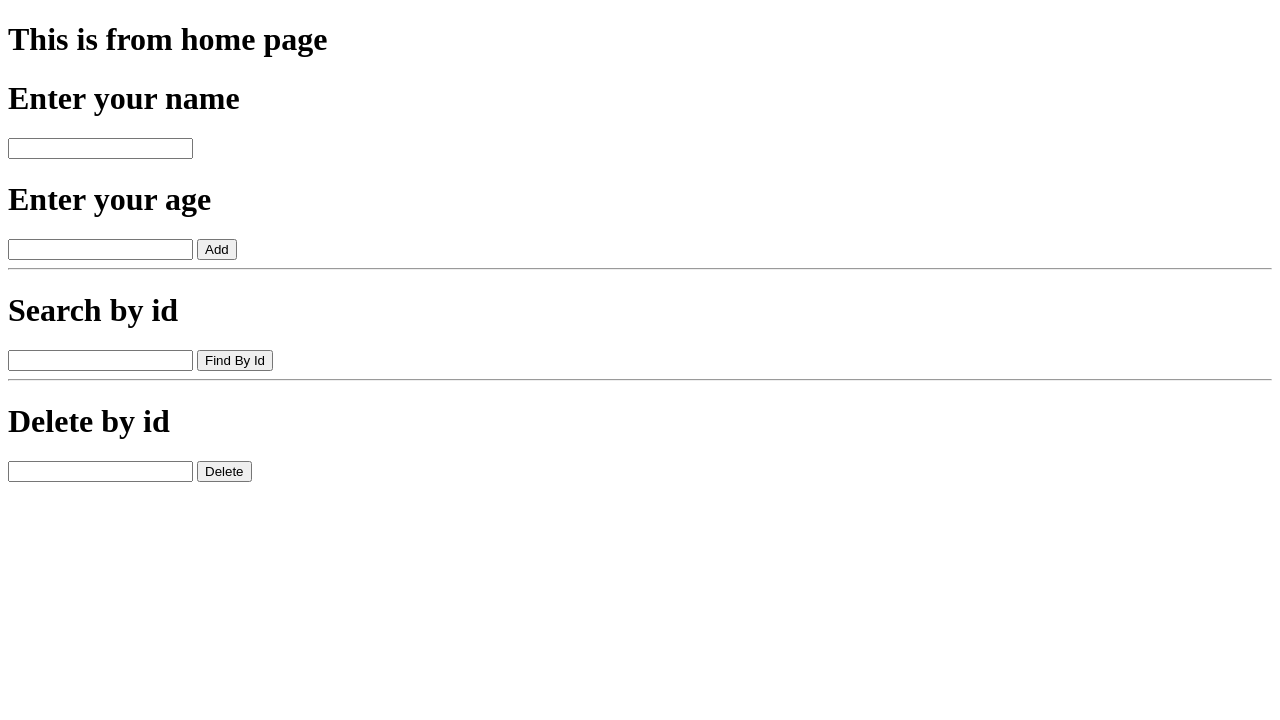
Repository: noyon1122/spring-boot-practice
Page: http://localhost/Home
These files come from the project's save history. The page is drawn as it stood at one moment and after the next save; the edit follows.
The browser window is 1280 px wide. The pictures show the whole page.
The page is this project's Thymeleaf template; nobody is signed in. The template is opened directly, without the code that normally fills it, so the values that code supplies are empty.

Above is the page before, as saved 2024-11-24 15:29:04.

### SpringMVC/src/main/resources/templates/Home.html
<!DOCTYPE html>
<html xmlns="http://www.w3.org/1999/xhtml"
      xmlns:th="http://www.thymeleaf.org">
<head>
<meta charset="UTF-8">
<title>Home Page</title>
</head>
<body>
<h1>This is from home page</h1>

<form action="add" Method="POST">

<h1>
Enter your name
</h1>
<input type="text" name="sName">
<h1>Enter your age</h1>
<input type="text" name="sAge">
<button type="submit">Add</button>
</form>

<hr>

<form action="find" Method="GET">

<h1>
Search by id
</h1>

<input type="text" name="sId">
<button type="submit">Find By Id</button>
</form>

<hr>

<form action="delete" Method="GET">

<h1>
Delete by id
</h1>

<input type="text" name="sId">
<button type="submit">Delete</button>
</form>

</body>
</html>

After the next save:
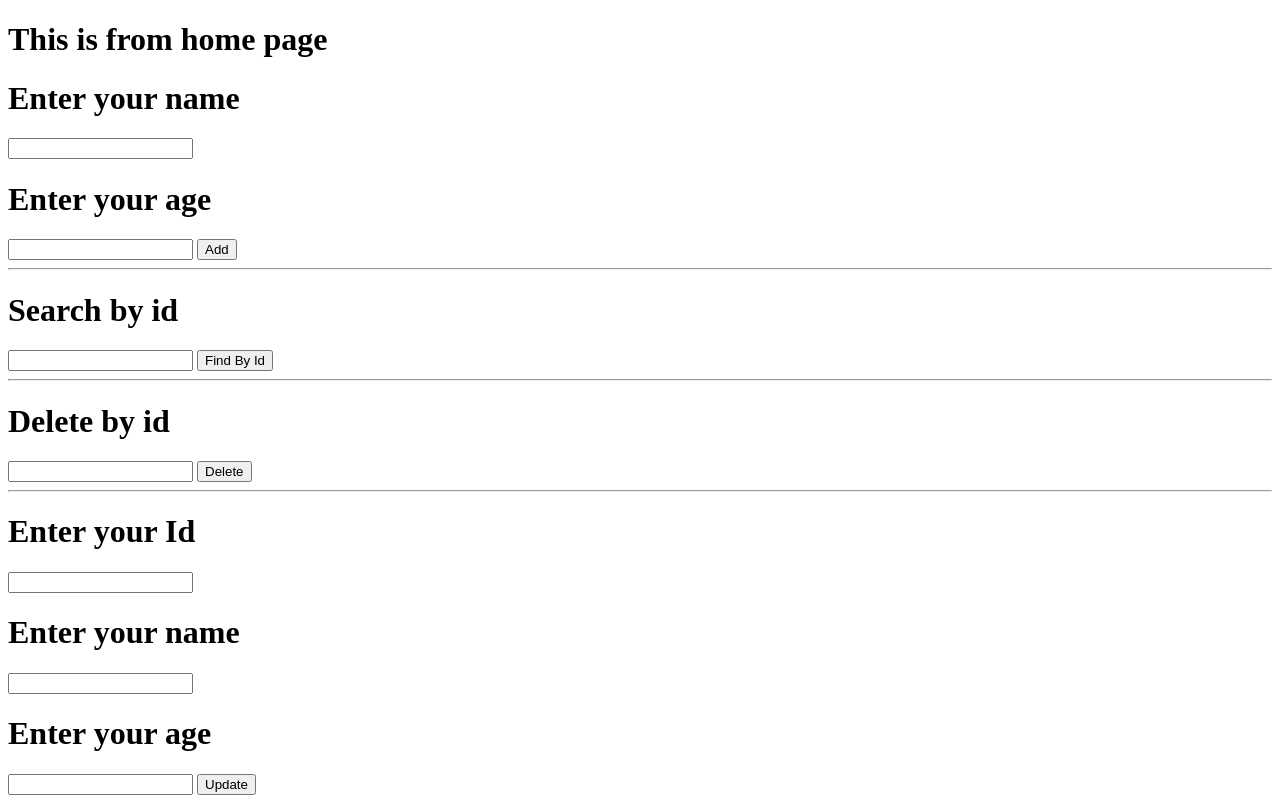
Saved 14 min 46 s later.
--- a/SpringMVC/src/main/resources/templates/Home.html
+++ b/SpringMVC/src/main/resources/templates/Home.html
@@ -43,5 +43,17 @@ Delete by id
 <button type="submit">Delete</button>
 </form>
 
+<hr>
+
+<form action="update" Method="POST">
+<h1>Enter your Id</h1>
+<input type="text" name="sId">
+<h1>Enter your name</h1>
+<input type="text" name="sName">
+<h1>Enter your age</h1>
+<input type="text" name="sAge">
+<button type="submit">Update</button>
+</form>
+
 </body>
 </html>
